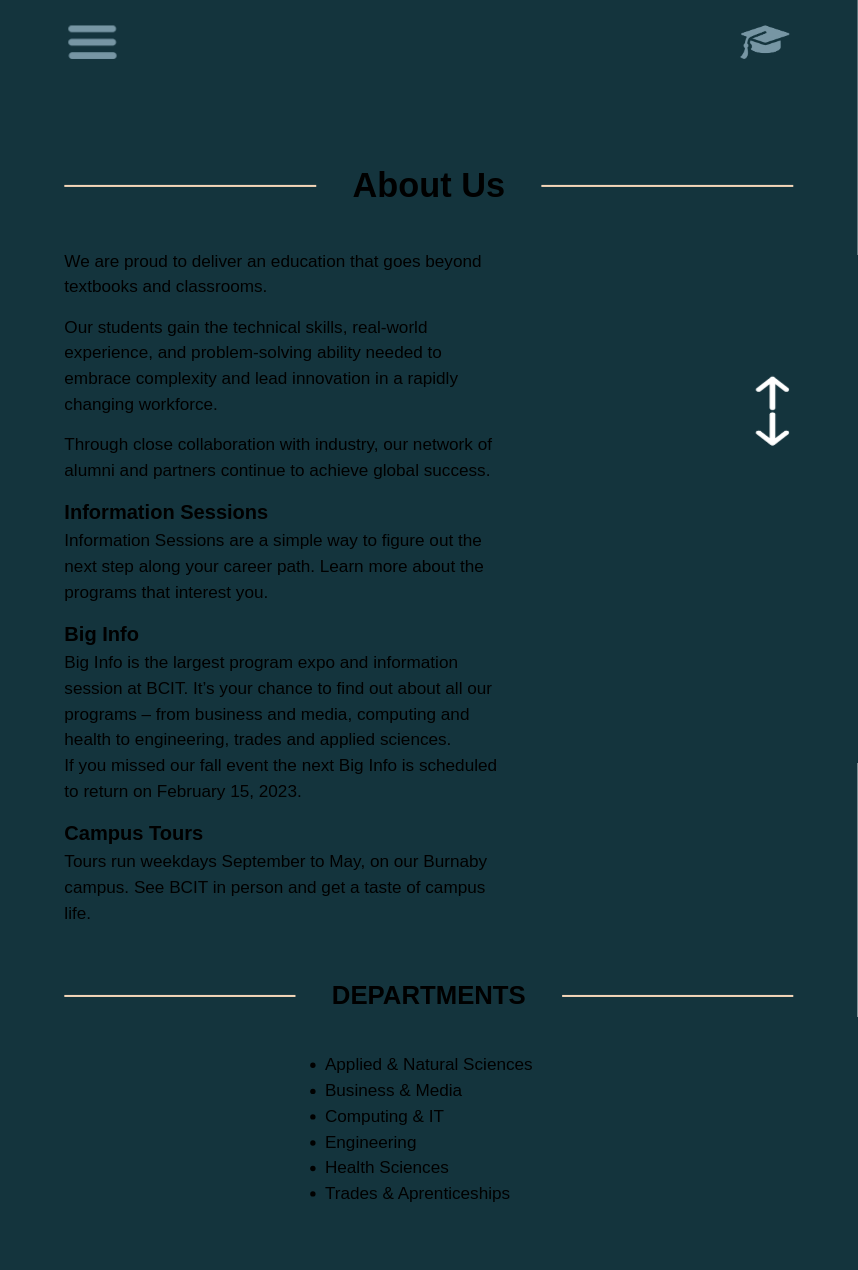
Repository: Kinakopan/playwright_bcit
Page: /about
The author's editor kept a copy of each file at every save. The page is drawn from the files as they stood at one save, then again after the next save.
The browser window is 1280 px wide. The pictures show the whole page, at 67% of full size.
Some web fonts or font styles are not loaded; a fallback is used. The project was rebuilt for these pictures with package versions that can differ from the ones it lists, and the page was loaded fresh each time. The framework's server and built-in components were replaced by stand-ins that run in the browser. Also part of the build but not shown: next.config.js.

Above is the page before, as saved 2023-01-28 11:11:26.

### pages/_app.js
// import '@/styles/globals.css'
import '../styles/globals.css'
import '../styles/variables.css'
import Head from 'next/head'

export default function App({ Component, pageProps }) {
  return (
    <>
      <Head>
        <title>Example #1</title>
        <meta name="description" content="Generated by create next app" />
        <meta name="viewport" content="width=device-width, initial-scale=1" />
        <link href="https://fonts.googleapis.com/css2?family=Myriad+Pro:wght@100;400;700&display=swap" rel="stylesheet" />
        <link rel="icon" href="/favicon.ico" />
      </Head>
      <Component {...pageProps} />
    </>
  )
}

### pages/about.js
// export default function About() {
//   return (
//     <div>
//       <h1>About Page</h1>
//       <h1>About Page</h1>
//     </div>
//   )
// }


// import axios from 'axios'
import Link from 'next/link';
import styles from '@/styles/Home.module.css';
import Arrow from '/components/arrow';
import Navbar from '/components/navbar';
import { Inter } from '@next/font/google';
import { useState, useEffect } from 'react';

const inter = Inter({ subsets: ['latin'] })

export default function About() {

  return (
    <>
      <div
        className={styles.body_about}
        >
        <div className={styles.wrapper}>

          <Navbar/>

          {/* Main contents under nav bar */}
          <main className={styles.main}>

          {/* About Us */}
          <h1 className={styles.text_heading1}>
            About Us
          </h1>

          <div className={styles.cont_section}>
            <p className={styles.text_body}>
              We are proud to deliver an education that goes beyond textbooks and classrooms.
            </p>

            <p className={styles.text_body}>
              Our students gain the technical skills, real-world experience, and problem-solving ability needed to embrace complexity and lead innovation in a rapidly changing workforce.
            </p>

            <p className={styles.text_body}>
              Through close collaboration with industry, our network of alumni and partners continue to achieve global success.
            </p>

            <h3 className={styles.text_heading2}>
              Information Sessions
            </h3>

            <p className={styles.text_body}>
              Information Sessions are a simple way to figure out the next step along your career path. Learn more about the programs that interest you.
            </p>

            <h3 className={styles.text_heading2}>
              Big Info
            </h3>

            <p className={styles.text_body}>
              Big Info is the largest program expo and information session at BCIT. It’s your chance to find out about all our programs – from business and media, computing and health to engineering, trades and applied sciences.<br/>

              If you missed our fall event the next Big Info is scheduled to return on February 15, 2023.
            </p>

            <h3 className={styles.text_heading2}>
              Campus Tours
            </h3>

            <p className={styles.text_body}>
              Tours run weekdays September to May, on our Burnaby campus. See BCIT in person and get a taste of campus life.
            </p>
          </div>

          {/* DEPARTMENTS */}
          <h2 className={styles.text_heading1}>
            DEPARTMENTS
          </h2>

          <div className={styles.cont_section}>

            <ul>
              <li>
                Applied & Natural Sciences
              </li>
              <li>
                Business & Media
              </li>
              <li>
                Computing & IT
              </li>
              <li>
                Engineering
              </li>
              <li>
                Health Sciences
              </li>
              <li>
                Trades & Aprenticeships
              </li>
            </ul>
          </div>


          </main>

          <Arrow/>

        </div>
      </div>
    </>
  )
}

### styles/variables.css
:root {
  --primary-color: |#fff;
  --secondary-color: #F4D6B9;
  --ternary-color: #7796A4;
  --quaternary-color: #14343D;
  --quinary-color: rgba(16,46,53,0.5);
}

### styles/Home.module.css
@import '/styles/variables.css';

.main {
  display: flex;
  flex-direction: column;
  justify-content: space-between;
  align-items: center;
  padding: 6rem;
  min-height: 100vh;
}

.description {
  display: inherit;
  justify-content: inherit;
  align-items: inherit;
  font-size: 0.85rem;
  max-width: var(--max-width);
  width: 100%;
  z-index: 2;
  font-family: var(--font-mono);
}

.description a {
  display: flex;
  justify-content: center;
  align-items: center;
  gap: 0.5rem;
}

.description p {
  position: relative;
  margin: 0;
  padding: 1rem;
  background-color: rgba(var(--callout-rgb), 0.5);
  border: 1px solid rgba(var(--callout-border-rgb), 0.3);
  border-radius: var(--border-radius);
}

.code {
  font-weight: 700;
  font-family: var(--font-mono);
}

.grid {
  display: grid;
  grid-template-columns: repeat(4, minmax(25%, auto));
  width: var(--max-width);
  max-width: 100%;
}

.card {
  padding: 1rem 1.2rem;
  border-radius: var(--border-radius);
  background: rgba(var(--card-rgb), 0);
  border: 1px solid rgba(var(--card-border-rgb), 0);
  transition: background 200ms, border 200ms;
}

.card span {
  display: inline-block;
  transition: transform 200ms;
}

.card h2 {
  font-weight: 600;
  margin-bottom: 0.7rem;
}

.card p {
  margin: 0;
  opacity: 0.6;
  font-size: 0.9rem;
  line-height: 1.5;
  max-width: 30ch;
}

.center {
  display: flex;
  justify-content: center;
  align-items: center;
  position: relative;
  padding: 4rem 0;
}

.center::before {
  background: var(--secondary-glow);
  border-radius: 50%;
  width: 480px;
  height: 360px;
  margin-left: -400px;
}

.center::after {
  background: var(--primary-glow);
  width: 240px;
  height: 180px;
  z-index: -1;
}

.center::before,
.center::after {
  content: '';
  left: 50%;
  position: absolute;
  filter: blur(45px);
  transform: translateZ(0);
}

.logo,
.thirteen {
  position: relative;
}

.thirteen {
  display: flex;
  justify-content: center;
  align-items: center;
  width: 75px;
  height: 75px;
  padding: 25px 10px;
  margin-left: 16px;
  transform: translateZ(0);
  border-radius: var(--border-radius);
  overflow: hidden;
  box-shadow: 0px 2px 8px -1px #0000001a;
}

.thirteen::before,
.thirteen::after {
  content: '';
  position: absolute;
  z-index: -1;
}

/* Conic Gradient Animation */
.thirteen::before {
  animation: 6s rotate linear infinite;
  width: 200%;
  height: 200%;
  background: var(--tile-border);
}

/* Inner Square */
.thirteen::after {
  inset: 0;
  padding: 1px;
  border-radius: var(--border-radius);
  background: linear-gradient(
    to bottom right,
    rgba(var(--tile-start-rgb), 1),
    rgba(var(--tile-end-rgb), 1)
  );
  background-clip: content-box;
}

/* Enable hover only on non-touch devices */
@media (hover: hover) and (pointer: fine) {
  .card:hover {
    background: rgba(var(--card-rgb), 0.1);
    border: 1px solid rgba(var(--card-border-rgb), 0.15);
  }

  .card:hover span {
    transform: translateX(4px);
  }
}

@media (prefers-reduced-motion) {
  .thirteen::before {
    animation: none;
  }

  .card:hover span {
    transform: none;
  }
}

/* Mobile */
@media (max-width: 700px) {
  .content {
    padding: 4rem;
  }

  .grid {
    grid-template-columns: 1fr;
    margin-bottom: 120px;
    max-width: 320px;
    text-align: center;
  }

  .card {
    padding: 1rem 2.5rem;
  }

  .card h2 {
    margin-bottom: 0.5rem;
  }

  .center {
    padding: 8rem 0 6rem;
  }

  .center::before {
    transform: none;
    height: 300px;
  }

  .description {
    font-size: 0.8rem;
  }

  .description a {
    padding: 1rem;
  }

  .description p,
  .description div {
    display: flex;
    justify-content: center;
    position: fixed;
    width: 100%;
  }

  .description p {
    align-items: center;
    inset: 0 0 auto;
    padding: 2rem 1rem 1.4rem;
    border-radius: 0;
    border: none;
    border-bottom: 1px solid rgba(var(--callout-border-rgb), 0.25);
    background: linear-gradient(
      to bottom,
      rgba(var(--background-start-rgb), 1),
      rgba(var(--callout-rgb), 0.5)
    );
    background-clip: padding-box;
    backdrop-filter: blur(24px);
  }

  .description div {
    align-items: flex-end;
    pointer-events: none;
    inset: auto 0 0;
    padding: 2rem;
    height: 200px;
    background: linear-gradient(
      to bottom,
      transparent 0%,
      rgb(var(--background-end-rgb)) 40%
    );
    z-index: 1;
  }
}

/* Tablet and Smaller Desktop */
@media (min-width: 701px) and (max-width: 1120px) {
  .grid {
    grid-template-columns: repeat(2, 50%);
  }
}

@media (prefers-color-scheme: dark) {
  .vercelLogo {
    filter: invert(1);
  }

  .logo,
  .thirteen img {
    filter: invert(1) drop-shadow(0 0 0.3rem #ffffff70);
  }
}

@keyframes rotate {
  from {
    transform: rotate(360deg);
  }
  to {
    transform: rotate(0deg);
  }
}



/*****************************
******************************
            AUTHOR
******************************
*****************************/

/*============================
    From here - Common Style
============================*/
/* From here - components/navbar.js */
.nav {
  display: flex;
  flex-direction: row;
  justify-content: space-between;
  width: 100%;
  padding: 3% 8% 0 8%;
}

.burgar,
.hat {
  width: fit-content;
}

/* From here - components/arrow.js */
.arrowBox {
  flex: 1;
  display: flex;
  flex-direction: column;
  justify-content: space-between;
  align-items: flex-end;
  position: fixed;
  width: fit-content;
  height: 12%;
  right: 8%;
  bottom: 10%;
}

.arrowBox * {
  background: transparent;
  border: none;
}

/* From here - general */
.body_home,
.body_about,
.body_contact,
.wrapper {
  display: flex;
  flex-direction: column;
  width: 100vw;
}

.body_home,
.body_about,
.body_contact {
  /* font-size: 62.5%; */
  background-size: cover;
  background-position: center;
  background-repeat: no-repeat;
  line-height: 1.5;
  font-family: 'Myriad Pro', sans-serif;
  font-weight: 100;
  text-align: left;
}

.wrapper {
  font-size: 1.6rem;
  background-size: cover;
}

.main {
  display: flex;
  width: 100%;
}

/* .text_heading_h1 {

}

.text_heading_h2 {

} */
/*============================
    From here - Home Page
============================*/
.body_home {
  height: 100vh;
  overflow: hidden;
}

.body_home .main {
  flex-direction: row;
  justify-content: flex-start;
  align-items: flex-end;
  padding: 0 0 12% 21%;
}

.body_home .cont_main {
  display: flex;
  flex-direction: column;
  width: 48%;
}

.body_home .cont_main * {
  color: var(--primary-color);
}

.body_home .text_heading1 {
  font-family: 'Myriad Pro', sans-serif;
  /* font-size: 3.6rem; */
  font-size: 220%;
  line-height: 1.3;
  padding-bottom: 3%;
  margin-bottom: 3%;
  border-bottom: 4px solid;
  border-image: linear-gradient(to right, rgba(244,214,185,1) 0%, rgba(244,214,185,1) 69%, rgba(244,214,185,0) 69%, rgba(244,214,185,0) 100%) 1;
}

.body_home .text_body,
.body_home .box_btn * {
  opacity: .9;
}

.body_home .box_btn {
  display: flex;
  flex-direction: row;
}

.body_home .box_btn * {
  font-size: 1.4rem;
  background: transparent;
  padding: .3% 3%;
  border: 3px solid;
  border-color: var(--primary-color);
  border-radius: 10px;
  margin: 3% 2.5% 0 0;
}

.body_home .btn_about:hover {
  color: transparent;
  background: white;
}

/*============================
    From here - About Page
============================*/
.body_about {
  background: var(--quaternary-color);
}

/* .body_about .main {

} */

.body_about .text_heading1 {
  display: flex;
  align-items: center;
  width: 100%;
  padding: 5% 0;
}

.body_about .text_heading1:before,
.body_about .text_heading1:after {
  content: "";
  height: 3px;
  flex-grow: 1;
  background: var(--secondary-color);
}

.body_about .text_heading1:before {
  margin-right: 5%;
}

.body_about .text_heading1:after {
  margin-left: 5%;
}

.body_about .text_body {
  display: flex;
  justify-content: flex-start;
  width: 60%;
  margin-bottom: 2%;
}

.body_about .text_heading2 {
  justify-content: flex-start;
}

/*============================
    From here - Contact Page
============================*/

### components/arrow.js
import Image from 'next/image';
import styles from '@/styles/Home.module.css';

export default function Arrow() {
  return (
    <div className={styles.arrowBox}>
      <button
        className={styles.arrowDown}
        onClick={() => setUpArrowClicked(true)}
      >
        <Image
          src='/icons/upwardArrow.png'
          alt="Upward arrow icon"
          width={50}
          height={50}
        />
      </button>

      <button
        className={styles.arrowDown}
        onClick={() => setDownArrowClicked(true)}
      >
        <Image
          src='/icons/downwardArrow.png'
          alt="Downward arrow icon"
          width={50}
          height={50}
        />
      </button>
    </div>
  )
}

### components/navbar.js
import Image from 'next/image';
import styles from '@/styles/Home.module.css';

export default function Navbar() {
  return (
    <nav className={styles.nav}>
      <Image
        className={styles.burgar}
        src='/icons/menu-icon.png'
        alt="menu icon"
        width={50}
        height={50}
      />
      <Image
        className={styles.hat}
        src='/icons/graduation-hat.png'
        alt="Graduation hat icon"
        width={50}
        height={50}
      />
    </nav>
  )
}

Loaded but not shown: pages/_document.js (common file); styles/globals.css (common file)

After the next save:
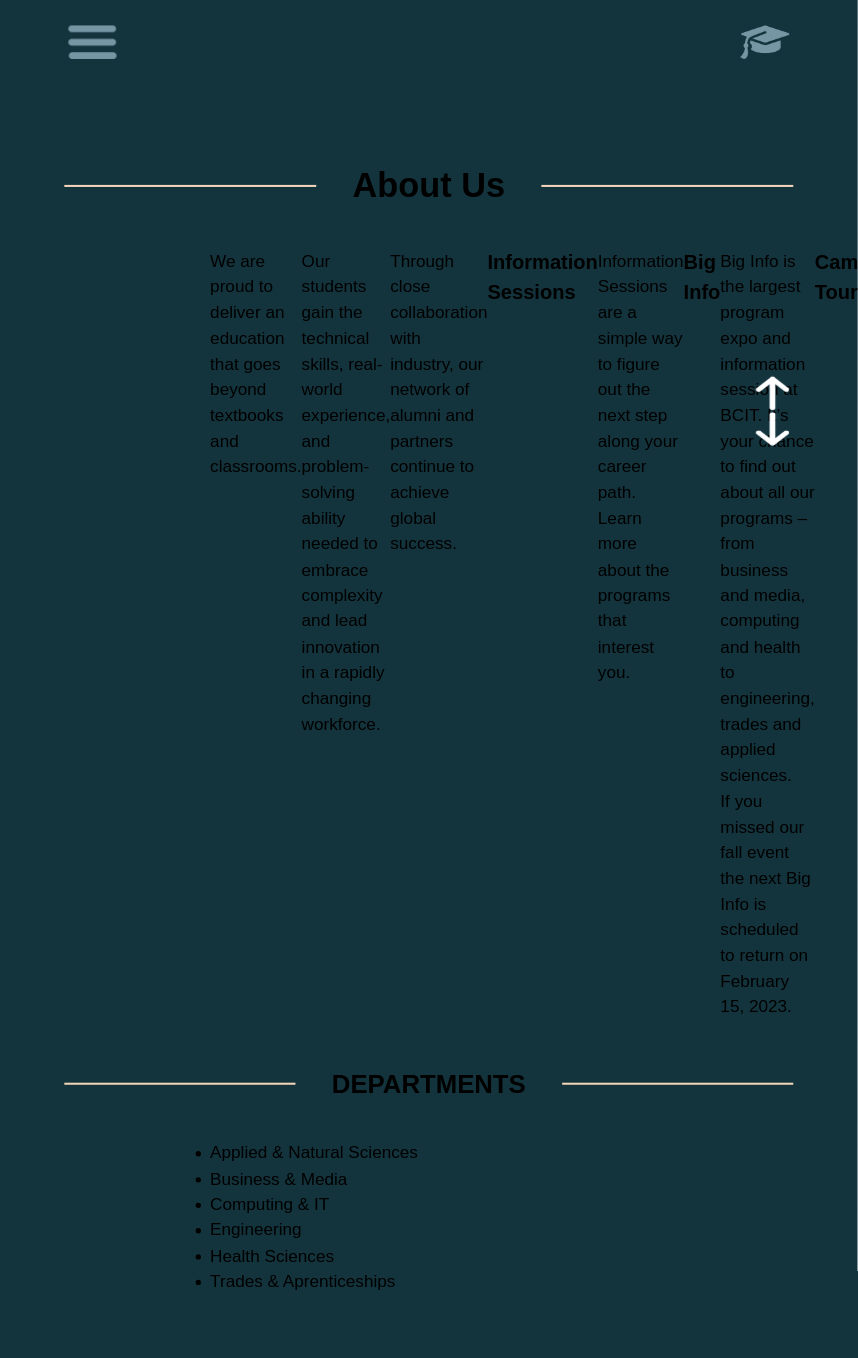
Saved 51 s later.
--- a/styles/Home.module.css
+++ b/styles/Home.module.css
@@ -458,10 +458,13 @@
   margin-left: 5%;
 }
 
-.body_about .text_body {
+.body_about .cont_section {
   display: flex;
   justify-content: flex-start;
   width: 60%;
+}
+
+.body_about .text_body {
   margin-bottom: 2%;
 }
 
